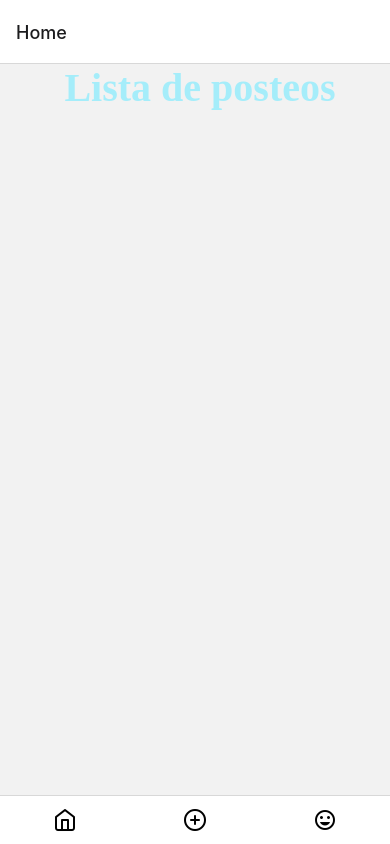
Repository: larafernandezo/finalprog3
Screen: /Menu
An editor plug-in stored every save of this project. The screen is shown before and after the next save, followed by the edit.
The page's requests for data from a server got no answer. The app was drawn by React Native's web renderer in a window 390 px wide. The project was rebuilt for these pictures with package versions that can differ from the ones it lists, and the page was loaded fresh each time. No one was signed in, and anything a server would have sent is missing. Also part of the build but not shown: src/components/Camera.js, src/screens/Registro.js, src/components/Post.js, src/screens/MiPerfil.js, src/screens/NuevoPost.js, src/screens/Perfil.js.

Above is the screen before, as saved 2022-11-22 11:33:14.

### App.js
import { StyleSheet, View } from 'react-native';
import { NavigationContainer } from '@react-navigation/native';
import { createNativeStackNavigator } from '@react-navigation/native-stack';
import Registro from './src/screens/Registro';
import Login from './src/screens/Login';
import Home from './src/screens/Home';
import Menu from './src/components/Menu';
import Perfil from './src/screens/Perfil';


const Stack = createNativeStackNavigator();


function App() {
  return (
    <NavigationContainer>
      <Stack.Navigator>
        <Stack.Screen name='Login' component={Login} options= {{ headerShown : false}}/>
        <Stack.Screen name='Registro' component={Registro} options= {{ headerShown : false}}/>
        <Stack.Screen name='Home' component={Home} options= {{ headerShown : false}}/>
        <Stack.Screen name='Menu' component={Menu} options= {{ headerShown : false}}/>
      </Stack.Navigator>
    </NavigationContainer>
  );
};

export default App;

### src/screens/Login.js
import React, {Component} from 'react';
import {auth} from '../firebase/config';
import {View, Text, StyleSheet, TextInput, TouchableOpacity, Image} from 'react-native';

class Login extends Component {
    constructor(){
        super()
        this.state = {
            email: "",
            contraseña: "",
            error: ""
        }
    }

    componentDidMount(){
        auth.onAuthStateChanged(usuario => {
            if (usuario){
                this.props.navigation.navigate ("Menu")
            }
        })
    }

    iniciarUsuario(email, contraseña){
        auth.signInWithEmailAndPassword(email, contraseña)
            .then( res => {
                this.props.navigation.navigate("Menu")
            })
            .catch(error =>
                this.setState({
                error: error.message
            })
            )
    }

    render(){
        return(
            <View style={styles.fondo}>

            <Text style={styles.error}>{this.state.error}</Text>


                <Text style={styles.titulo}>Iniciar Sesión</Text>

                <View style={styles.caja}>
                <Text style={styles.error}>{this.state.error}</Text>
                    <TextInput
                        placeholder= 'Cuenta de Email'
                        keyboardType= 'email-address'
                        onChangeText={ texto => this.setState({email : texto})}
                        value = {this.state.email}
                        style={styles.fillin}
                    />
                    <TextInput
                        placeholder= 'Contraseña'
                        keyboardType= 'default'
                        secureTextEntry = {true}
                        onChangeText={ texto => this.setState({contraseña : texto})}
                        value = {this.state.contraseña}
                        style={styles.fillin}
                    />


{
                this.state.email =="" || this.state.contraseña =="" ?
                    <TouchableOpacity>
                        <Text style={styles.alerta}>Ingresar</Text>
                    </TouchableOpacity>
                :
                    <TouchableOpacity onPress={ () => this.iniciarUsuario (this.state.email, this.state.contraseña)} >
                        <Text style={styles.cont}>Ingresar</Text>
                    </TouchableOpacity>

}

                    <Text onPress={ () => this.props.navigation.navigate ('Registro')} style={styles.switch}>¿No tenés cuenta? Registrate haciendo click aquí</Text>
                </View>
            </View>
        )
    }
}

const styles = StyleSheet.create({
    fondo: {
        alignItems: 'center',
        backgroundColor: 'rgb(234, 242, 248)',
    },
    titulo: {
        color: 'rgb(52, 152, 219)',
        fontFamily: 'avenir',
        fontSize: 26,
        margin: 60,
    },
    caja:{
        backgroundColor: 'rgb(215, 219, 221)',
        borderRadius: 6,
        padding: 20,

    },
    fillin: {
        backgroundColor: 'rgb(253, 254, 254)',
        color: 'rgb(179, 182, 183)',
        fontFamily: 'avenir',
        fontSize: 13,
        margin: 10,
        borderRadius: 6,
        textAlign: 'center',
        padding: 5,
        textAlign: 'left',
    },
    cont: {
        fontFamily: 'avenir',
        fontSize: 14,
        margin: 10,
        backgroundColor: 'rgb(234,252,255)',
        borderRadius: 10,
        textAlign: 'center',
        padding: 5,
    },
    alerta: {
        fontFamily: 'avenir',
        fontSize: 14,
        margin: 10,
        backgroundColor: 'rgb(52, 152, 219)',
        borderRadius: 10,
        textAlign: 'center',
        padding: 5,
        color: 'rgb(234,252,255)',
    },
    switch: {
        fontFamily: 'avenir',
        fontSize: 10,
        margin: 4,
        textAlign: 'center',
        color:'rgb(77, 86, 86)',
    },
    error: {
        fontFamily: 'avenir',
        fontSize: 19,
        margin: 20,
        color: 'rgb(203, 67, 53)'
    },
})



export default Login;

### src/screens/Home.js
import React, { Component } from 'react';
import { View, Text, FlatList,  StyleSheet, TextInput} from 'react-native';
import Post from '../components/Post';
import { db } from '../firebase/config'


class Posts extends Component {

    constructor(props) {
        super(props)
        this.state = {
            posteos: [],
        }
    }

    componentDidMount() {
        db.collection('posts').onSnapshot(
            docs => {
                let posts = [];
                docs.forEach(doc => {
                    posts.push({
                        id: doc.id,
                        data: doc.data()
                    })
                })
                this.setState({
                    posteos: posts,
                })
            })
    }

    render() {
        return (
          //prueba1 descomento para ver si funca
            <View style={styles.view}>
            <Text style={styles.title}> Lista de posteos</Text>
            <FlatList
                    data={this.state.posteos}
                    keyExtractor={ item => item.id.toString()}
                    renderItem={ ({item}) => <Post postData={item} navigation={this.props.navigation} id={item.id}/>}
            />
            </View>
        )
    }
}
const styles = StyleSheet.create({

   title:{
        fontSize: 40,
        fontWeight:'bold',
        textAlign:'center',
        fontFamily: 'raleway heavy',
        color: '#a5edfa'

    },
    view:{
        flex:1
    }
})

export default Posts;

### src/components/Menu.js
import { createBottomTabNavigator} from '@react-navigation/bottom-tabs';
import MiPerfil from '../screens/MiPerfil';
import NuevoPost from "../screens/NuevoPost"
import Home from '../screens/Home';
import { AntDesign, Ionicons } from '@expo/vector-icons';
import React, { Component } from 'react';
import { MaterialIcons } from '@expo/vector-icons';
import { Feather } from '@expo/vector-icons';

const Tab = createBottomTabNavigator();

function Menu () {
    return(
        <Tab.Navigator screenOptions = {{ tabBarShowLabel: false}}>
                <Tab.Screen name = "Home" component={ Home } options ={ { tabBarIcon: () => <Feather name="home" size={24} color="rgb (100,149,237)" /> } }  />
            <Tab.Screen name = "Postear" component={ NuevoPost }  options ={{ tabBarIcon: () => <Feather name="plus-circle" size={24} color="FF5733" /> }}/>
            <Tab.Screen name = "Perfil" component={ MiPerfil } options={{ tabBarIcon: () => <MaterialIcons name="tag-faces" size={24} color="SandyBrown" /> }}/>
        </Tab.Navigator>
    );
};

export default Menu;

### src/firebase/config.js
import app from 'firebase/app';
import firebase from 'firebase';

const firebaseConfig = {
    apiKey: "AIzaSyDPgkPZuV5RhBSI7u_oFMlRH3es895rxlU",
    authDomain: "finalprog3-bb705.firebaseapp.com",
    projectId: "finalprog3-bb705",
    storageBucket: "finalprog3-bb705.appspot.com",
    messagingSenderId: "894733539643",
    appId: "1:894733539643:web:6ef31fb78c2644aa783f1e"
  };

app.initializeApp(firebaseConfig);

export const auth = firebase.auth();
export const storage = app.storage();
export const db = app.firestore();

After the next save:
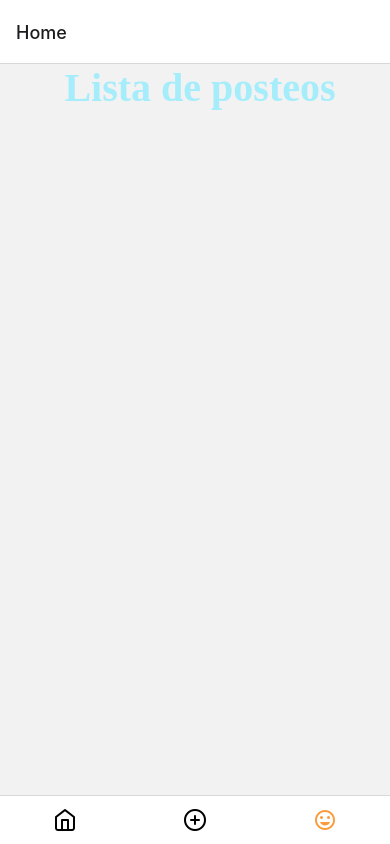
Saved 70 s later.
--- a/src/components/Menu.js
+++ b/src/components/Menu.js
@@ -14,7 +14,7 @@ function Menu () {
         <Tab.Navigator screenOptions = {{ tabBarShowLabel: false}}>
                 <Tab.Screen name = "Home" component={ Home } options ={ { tabBarIcon: () => <Feather name="home" size={24} color="rgb (100,149,237)" /> } }  />
             <Tab.Screen name = "Postear" component={ NuevoPost }  options ={{ tabBarIcon: () => <Feather name="plus-circle" size={24} color="FF5733" /> }}/>
-            <Tab.Screen name = "Perfil" component={ MiPerfil } options={{ tabBarIcon: () => <MaterialIcons name="tag-faces" size={24} color="SandyBrown" /> }}/>
+            <Tab.Screen name = "Perfil" component={ MiPerfil } options={{ tabBarIcon: () => <MaterialIcons name="tag-faces" size={24} color="#fa9c3c" /> }}/>
         </Tab.Navigator>
     );
 };
